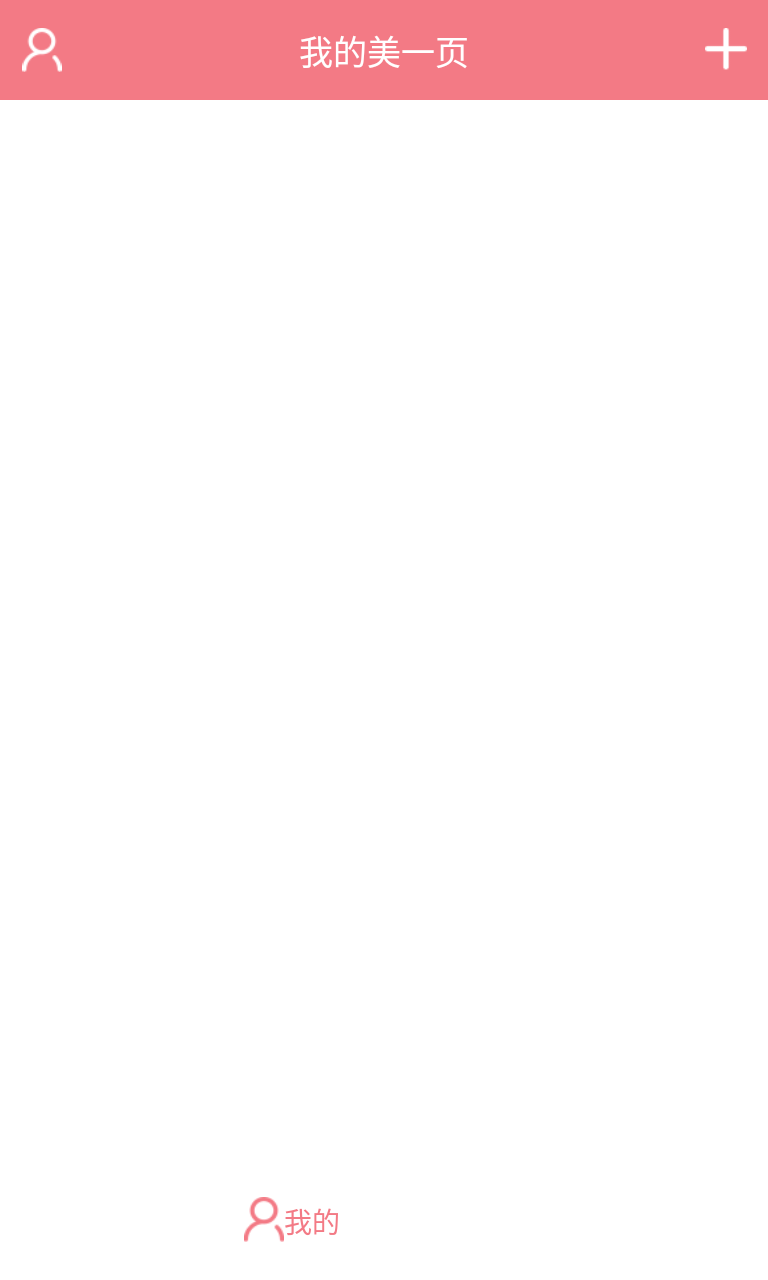
Repository: xuelang201201/Android
Layout: Android网络/美一页/res/layout/activity_main.xml
An editor plug-in stored every save of this project. The layout is shown before and after the next save, followed by the edit.
It is drawn on a 768 x 1280 px phone screen (xhdpi) without system bars, with theme android:Theme.Holo.Light.NoActionBar; the app's code is not run.

Above is the layout before, as saved 2016-03-28 07:14:35.

### Android网络/美一页/res/layout/activity_main.xml
<RelativeLayout xmlns:android="http://schemas.android.com/apk/res/android"
    xmlns:tools="http://schemas.android.com/tools"
    android:layout_width="match_parent"
    android:layout_height="match_parent"
    tools:context=".MainActivity" >

    <RelativeLayout
        android:layout_width="match_parent"
        android:layout_height="50dp"
        android:layout_alignParentLeft="true"
        android:layout_alignParentRight="true"
        android:layout_alignParentTop="true"
        android:background="@drawable/top" >

        <TextView
            android:id="@+id/textView1"
            android:layout_width="wrap_content"
            android:layout_height="wrap_content"
            android:layout_centerHorizontal="true"
            android:layout_centerVertical="true"
            android:text="我的美一页"
            android:textColor="#ffffff"
            android:textSize="17sp" />

        <ImageView
            android:id="@+id/imageView1"
            android:layout_width="22sp"
            android:layout_height="22sp"
            android:layout_alignParentLeft="true"
            android:layout_centerVertical="true"
            android:layout_marginLeft="10dp"
            android:contentDescription="@null"
            android:src="@drawable/icon8" />

        <ImageView
            android:id="@+id/imageView2"
            android:layout_width="22sp"
            android:layout_height="22sp"
            android:layout_alignParentRight="true"
            android:layout_centerVertical="true"
            android:layout_marginRight="10dp"
            android:contentDescription="@null"
            android:src="@drawable/icon9" />
    </RelativeLayout>

    <LinearLayout
        android:layout_width="match_parent"
        android:layout_height="60dp"
        android:layout_alignParentBottom="true"
        android:layout_alignParentLeft="true"
        android:layout_alignParentRight="true" >

        <RelativeLayout
            android:layout_width="wrap_content"
            android:layout_height="match_parent"
            android:layout_marginLeft="104dp" >

            <ImageView
                android:id="@+id/imageView3"
                android:layout_width="wrap_content"
                android:layout_height="wrap_content"
                android:layout_alignParentLeft="true"
                android:layout_centerVertical="true"
                android:layout_marginLeft="18dp"
                android:src="@drawable/icon_select" />

            <TextView
                android:id="@+id/textView2"
                android:layout_width="wrap_content"
                android:layout_height="wrap_content"
                android:layout_alignBottom="@+id/imageView3"
                android:layout_toRightOf="@+id/imageView3"
                android:text="我的"
                android:textColor="#f37a85" />
        </RelativeLayout>

        <RelativeLayout
            android:layout_width="wrap_content"
            android:layout_height="match_parent" >
        </RelativeLayout>
    </LinearLayout>

</RelativeLayout>

After the next save:
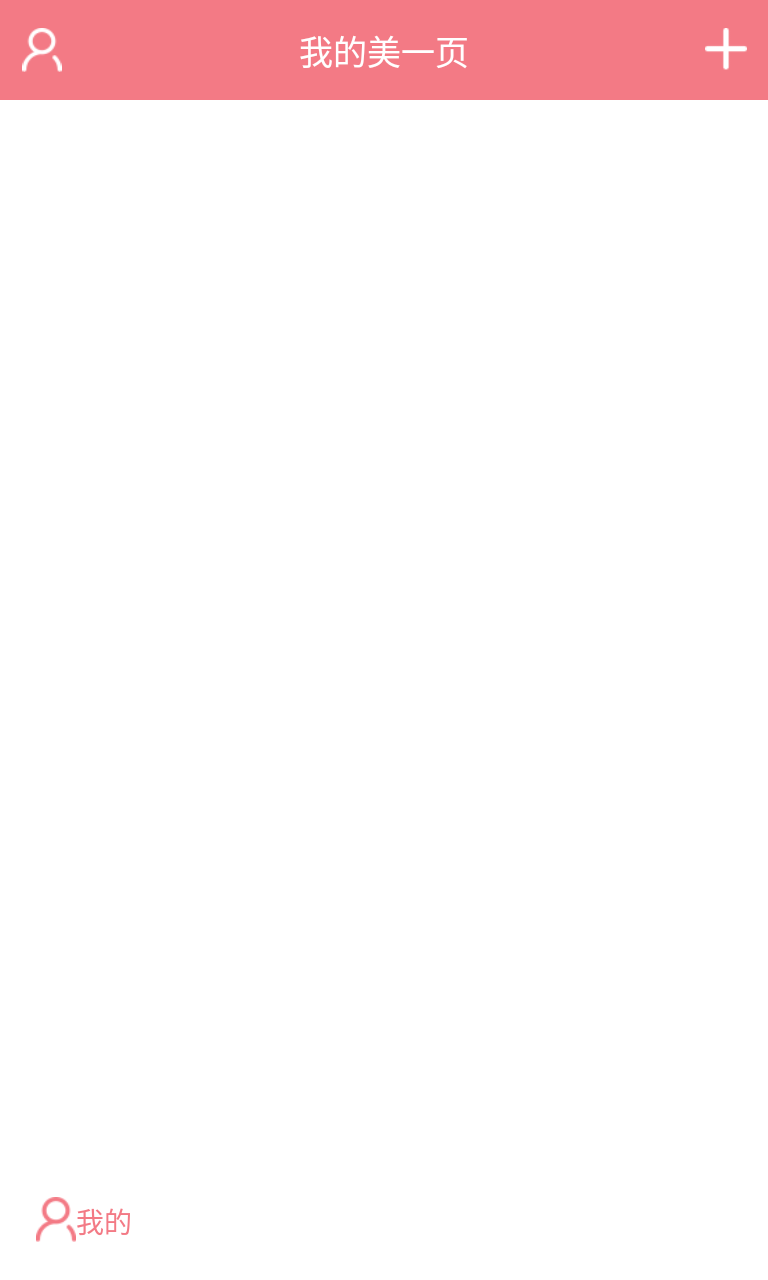
Saved 13 s later.
--- a/Android网络/美一页/res/layout/activity_main.xml
+++ b/Android网络/美一页/res/layout/activity_main.xml
@@ -52,8 +52,7 @@
 
         <RelativeLayout
             android:layout_width="wrap_content"
-            android:layout_height="match_parent"
-            android:layout_marginLeft="104dp" >
+            android:layout_height="match_parent" >
 
             <ImageView
                 android:id="@+id/imageView3"
